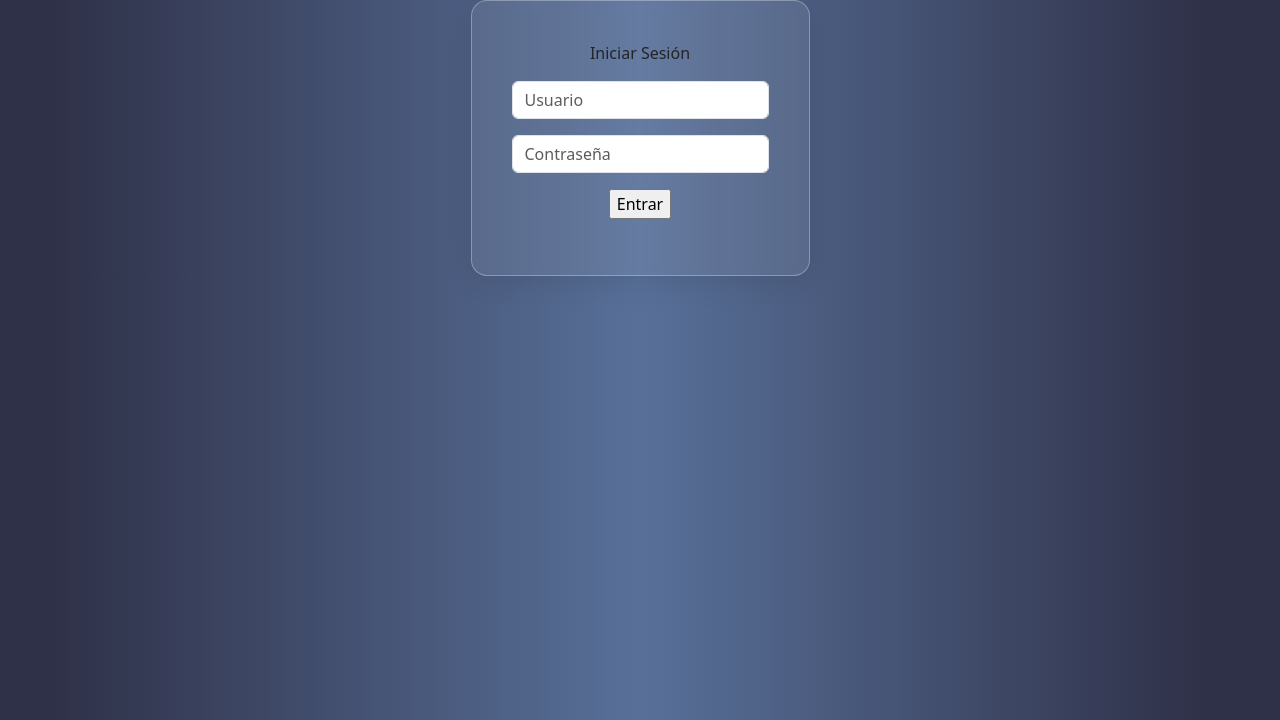
Repository: ingandresmolero/AdministrativoBarber
Page: http://localhost/
An editor plug-in stored every save of this project. The page is shown before and after the next save, followed by the edit.
The browser window is 1280 px wide. The pictures show the whole page.
The page is run by PHP 8.4 with error messages shown; the project is at /var/www/html/. Style sheets and scripts are compiled from the project's sources, by tool versions that may differ from the author's.

Above is the page before, as saved 2023-05-02 21:15:57.

After the next save:
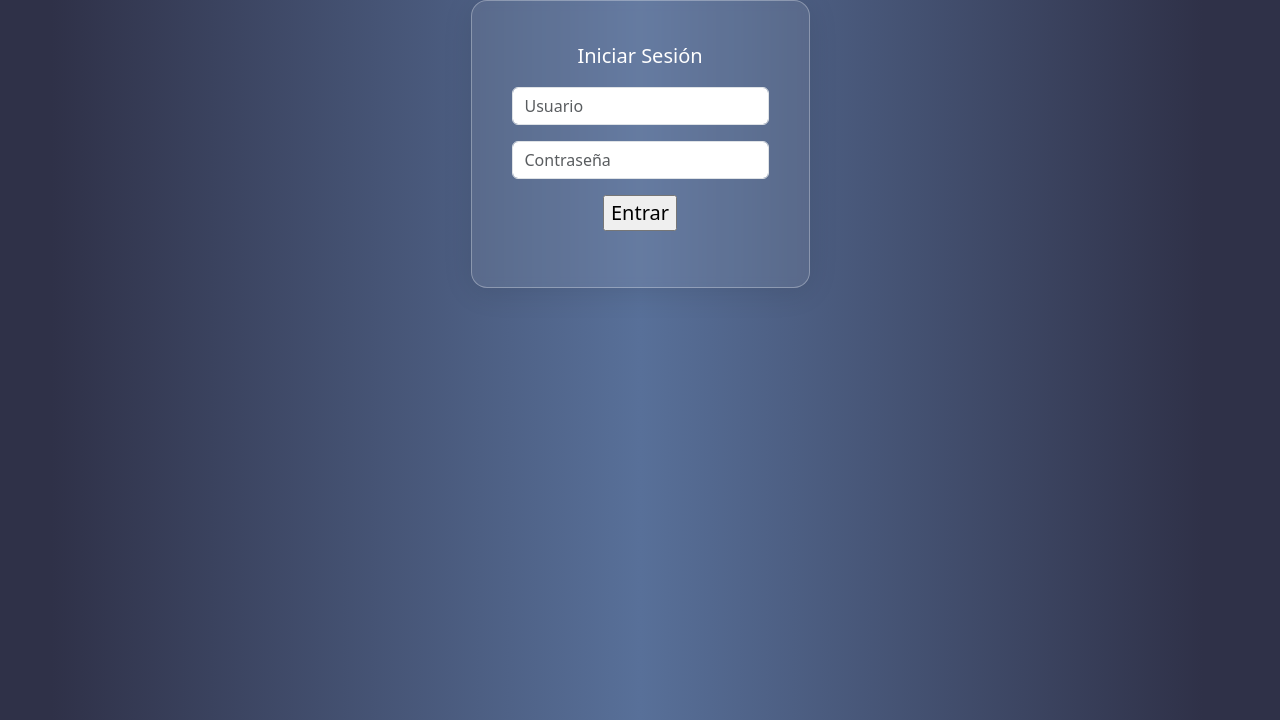
Saved 8 min 42 s later.
--- a/NEW/scss/components/login-page.scss
+++ b/NEW/scss/components/login-page.scss
@@ -16,6 +16,11 @@
         backdrop-filter: blur(5px);
         -webkit-backdrop-filter: blur(5px);
         border: 1px solid rgba(255, 255, 255, 0.3);
+
+        p {
+            font-size: 20px;
+            color: white;
+        }
     }
 
     .box form {
